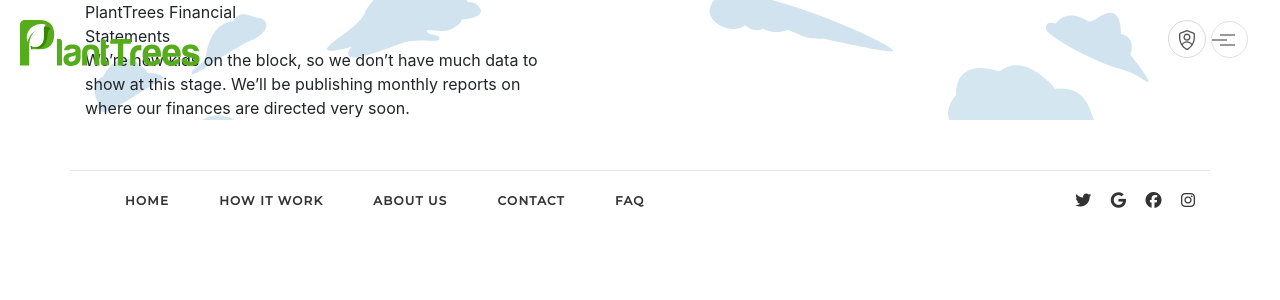
Repository: caothaito/b6g6
Page: bogo/financial.html
The author's editor kept a copy of each file at every save. The page is drawn from the files as they stood at one save, then again after the next save.
The browser window is 1280 px wide. The pictures show the whole page.
Some web libraries are served in a nearby version. The style sheet was rebuilt from its Sass, Less or Tailwind sources for each picture, by a compiler version that may differ from the author's.

Above is the page before, as saved 2020-09-17 10:06:44.

After the next save:
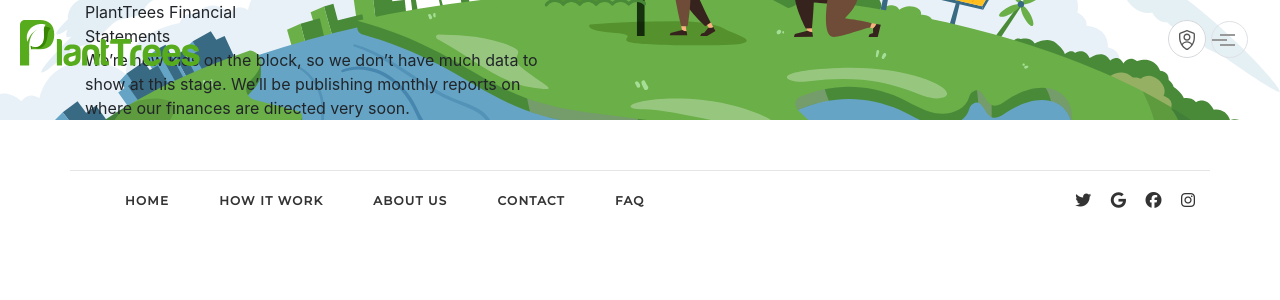
Saved 60 s later.
--- a/bogo/assets/css/financial.scss
+++ b/bogo/assets/css/financial.scss
@@ -35,6 +35,9 @@
 .plant-trees-financial{
     background-image: url('../images/financial/asset-1.svg');
     background-size: cover;
+    background-position: bottom;
+    background-repeat: no-repeat;
+
     .plant-financialLeft{
         max-width: 460px;
 
